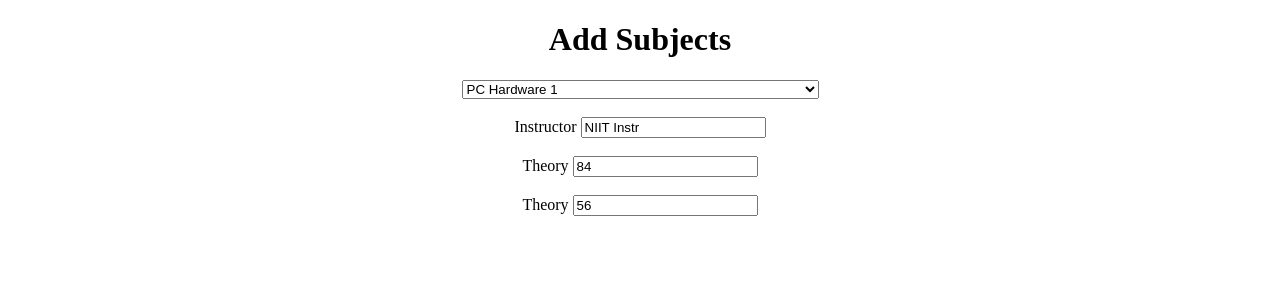
Repository: Gauravsh20/CollegeProject
Page: http://localhost/Clg_project/Add_Subjects.jsp
These files come from the project's save history. The page is drawn as it stood at one moment and after the next save; the edit follows.
The browser window is 1280 px wide. The pictures show the whole page.
Empty fields were first filled with sample values (such as "Sample", 5 or name@example.com).
After loading, the first visible `#subject` was changed once.
The page is served by Tomcat 9. Other server files are loaded and not shown.

Above is the page before, as saved 2022-10-25 07:11:19.

### Clg_project/src/main/webapp/Add_Subjects.jsp
<%@ taglib uri="http://java.sun.com/jsp/jstl/core" prefix="c" %>
<%@ page language="java" contentType="text/html; charset=ISO-8859-1"
    pageEncoding="ISO-8859-1"%>
<!DOCTYPE html>
<html>
<head>
<meta charset="ISO-8859-1">
<title>Insert title here</title>
<script src="https://code.jquery.com/jquery-3.5.1.min.js"></script>
</head>
<body>
<script>
    $(document) .ready(function() {
    	$("#subject").change(function(){
    	var values=$("#subject option:selected");
    	if(values.text()=="C#"){
    		$("#instructor").val("NIIT Instr");
    		$("#theory").val(84);
    		$("#practical").val(56);
        	}
    	if(values.text()=="PC Architecture"){
    		$("#instructor").val("Lt Col Pankaj Verma");
    		$("#theory").val(84);
    		$("#practical").val(56);
        	}
    	if(values.text()=="PC Hardware 1"){
    		$("#instructor").val("NIIT Instr");
    		$("#theory").val(84);
    		$("#practical").val(56);
        	}
    	if(values.text()=="PC Hardware 2"){
    		$("#instructor").val("NIIT Instr");
    		$("#theory").val(84);
    		$("#practical").val(56);
        	}
    	if(values.text()=="Microprocessor Interfacing devices & Embedded System"){
    		$("#instructor").val("NIIT Instr");
    		$("#theory").val(84);
    		$("#practical").val(56);
        	}
    	if(values.text()=="Operating System"){
    		$("#instructor").val("NIIT Instr");
    		$("#theory").val(84);
    		$("#practical").val(56);
        	}
    	if(values.text()=="Data Structures"){
    		$("#instructor").val("NIIT Instr");
    		$("#theory").val(84);
    		$("#practical").val(56);
        	}
    	if(values.text()=="SQL Server"){
    		$("#instructor").val("NIIT Instr");
    		$("#theory").val(84);
    		$("#practical").val(56);
        	}
    	});
    	});
</script>
<center>
<h1>Add Subjects</h1>

<form action="">
<select id="subject" name="subject">
<option  value = "PC Architecture">PC Architecture</option>
<option value = "PC Hardware 1">PC Hardware 1</option>
<option value = "PC Hardware 2">PC Hardware 2</option>
<option value = "Microprocessor Interfacing devices & Embedded System">Microprocessor Interfacing devices & Embedded System</option>
<option value = "C#">C#</option>
<option value = "Data Structures">Data Structures</option>
<option value = "Operating System">Operating System</option>
<option value = "SQL Server">SQL Server</option>
</select> <br/><br/>
Instructor
<input type="txt" id="instructor" name="instructor"><br/><br/>
Theory
<input type="number" id="theory" name="theory"><br/><br/>
Theory
<input type="number" id="practical" name="practical"><br/><br/>
</form>
</center>
</body>
</html>

After the next save:
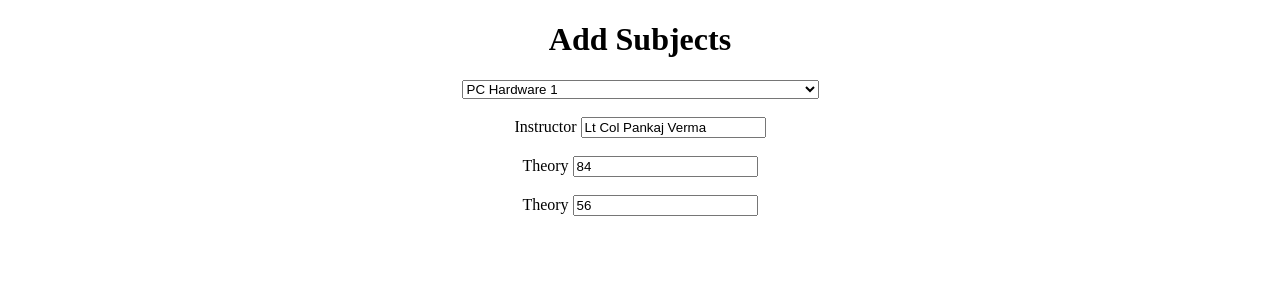
Saved 19 s later.
--- a/Clg_project/src/main/webapp/Add_Subjects.jsp
+++ b/Clg_project/src/main/webapp/Add_Subjects.jsp
@@ -24,7 +24,7 @@
     		$("#practical").val(56);
         	}
     	if(values.text()=="PC Hardware 1"){
-    		$("#instructor").val("NIIT Instr");
+    		$("#instructor").val("Lt Col Pankaj Verma");
     		$("#theory").val(84);
     		$("#practical").val(56);
         	}
